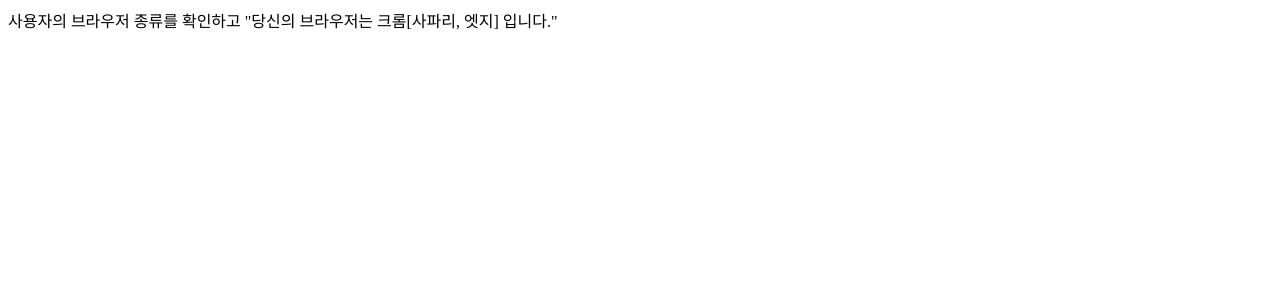
Repository: JavaJin96/kr.or.ddit.WebApp
Page: http://localhost/webStudy01/04/userAgent.jsp
The author's editor kept a copy of each file at every save. The page is drawn from the files as they stood at one save, then again after the next save.
The browser window is 1280 px wide. The pictures show the whole page.
The page is served by Tomcat 9.

Above is the page before, as saved 2022-03-03 01:27:58.

After the next save:
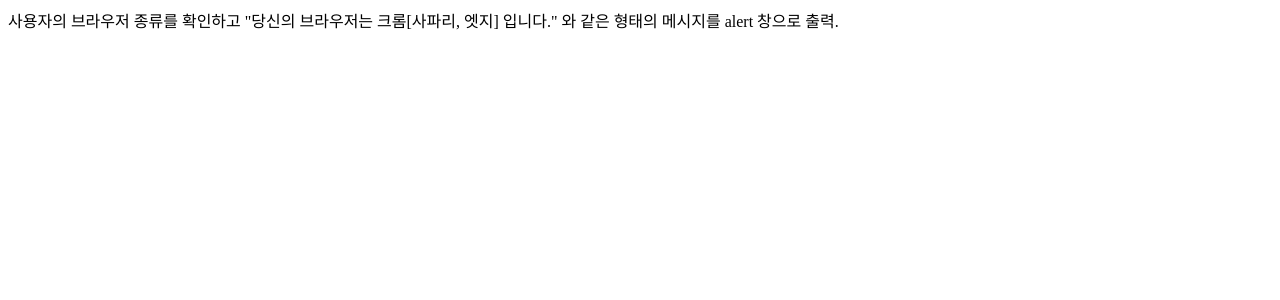
Saved 8 s later.
--- a/6.JspSpring/workspace/webStudy01/webapp/04/userAgent.jsp
+++ b/6.JspSpring/workspace/webStudy01/webapp/04/userAgent.jsp
@@ -9,6 +9,7 @@
 <body>
 사용자의 브라우저 종류를 확인하고
 "당신의 브라우저는 크롬[사파리, 엣지] 입니다."
+와 같은 형태의 메시지를 alert 창으로 출력.
 
 </body>
 </html>
